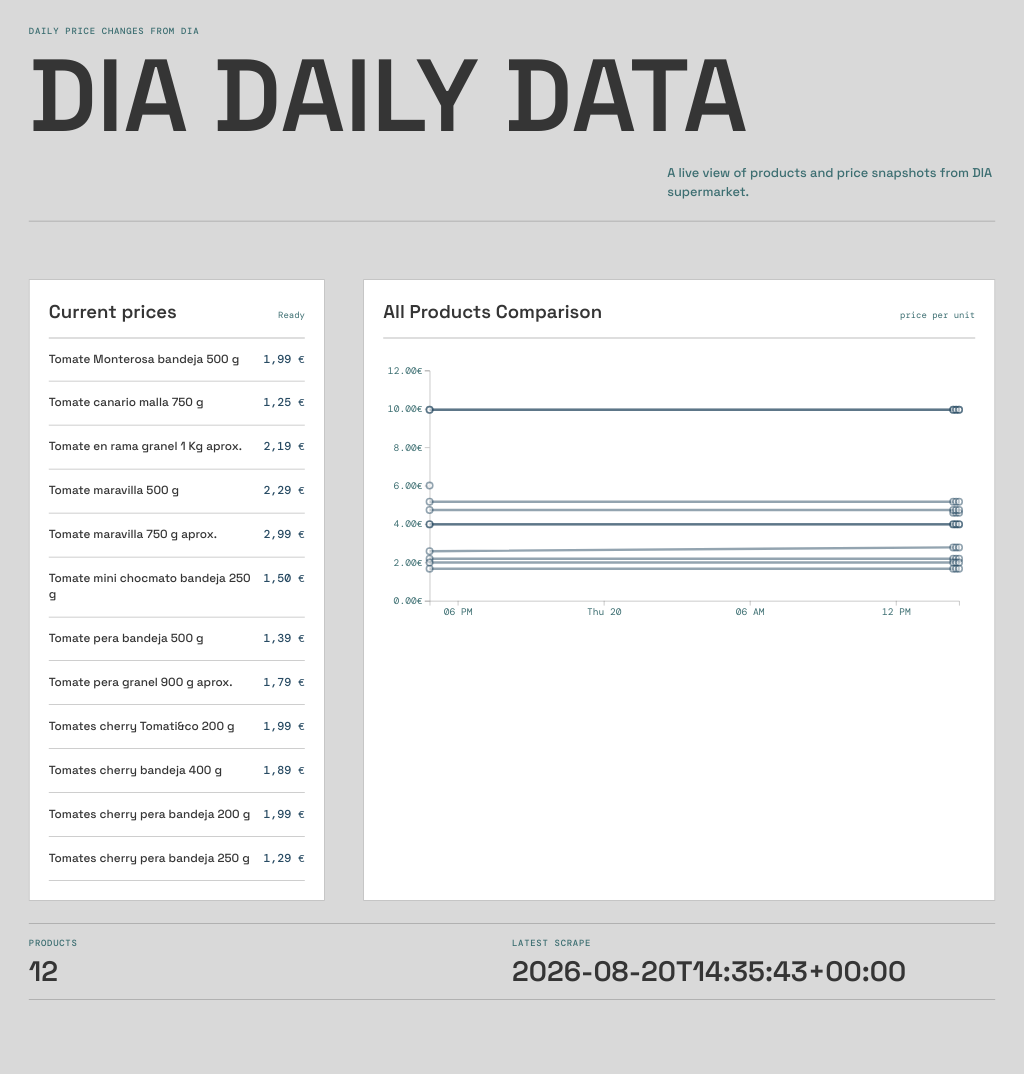
Repository: lloop/dia-daily-data
Page: http://localhost/
The author's editor kept a copy of each file at every save. The page is drawn from the files as they stood at one save, then again after the next save.
The browser window is 1280 px wide. The pictures show the whole page, at 80% of full size.
The page is served by the project's application, run on Flask 3 (app.py). Other server files are loaded and not shown. The page reads the database file committed with the project.

Above is the page before, as saved 2026-08-20 17:38:34.

### templates/index.html
<!doctype html>
<html lang="en">
<head>
  <meta charset="utf-8">
  <meta name="viewport" content="width=device-width, initial-scale=1">
  <title>Daily Price Changes From DIA</title>
  <link rel="stylesheet" href="{{ url_for('static', filename='styles.css') }}">
</head>
<body>
  <main class="dashboard">
    <header class="dashboard__header">
      <p class="eyebrow">Daily Price Changes From DIA</p>
      <h1>DIA DAILY DATA</h1>
      <p class="lede">A live view of products and price snapshots from DIA supermarket.</p>
    </header>

    <section class="content-grid">
      <div class="panel">
        <div class="panel__heading">
          <h2>Current prices</h2>
          <span id="status">Loading...</span>
        </div>
        <div id="product-list" class="product-list"></div>
      </div>

      <div class="panel panel--chart">
        <div class="panel__heading">
          <h2 id="chart-title">Price history</h2>
          <span id="chart-unit"></span>
        </div>
        <svg id="price-chart" role="img" aria-label="Selected product price history"></svg>
        <p id="empty-chart" class="empty-state">Select a product to inspect its price history.</p>
      </div>
    </section>

    <section class="summary" aria-label="Database summary">
      <div><span class="summary__label">Products</span><strong id="product-count">-</strong></div>
      <div><span class="summary__label">Latest scrape</span><strong id="latest-scrape">-</strong></div>
    </section>

  </main>

  <script src="https://cdn.jsdelivr.net/npm/d3@7"></script>
  <script src="{{ url_for('static', filename='app.js') }}"></script>
</body>
</html>

### app.py
"""Flask server for exploring scraped DIA product and price data."""

import json
import sqlite3
from pathlib import Path

from flask import Flask, jsonify, render_template

from config import DATABASE_FILE


def create_app(database_path=None):
    """Create the Flask application, optionally using a test database."""
    app = Flask(__name__)
    app.config['DATABASE_FILE'] = Path(database_path or DATABASE_FILE)

    def query_database(query, parameters=()):
        database_file = app.config['DATABASE_FILE']
        if not database_file.exists():
            return []

        with sqlite3.connect(database_file) as connection:
            connection.row_factory = sqlite3.Row
            return [dict(row) for row in connection.execute(query, parameters)]

    @app.get('/')
    def index():
        return render_template('index.html')

    @app.get('/api/products')
    def products():
        rows = query_database(
            """
            SELECT
                products.id,
                products.name,
                products.item_type,
                products.metadata_json,
                latest.price,
                latest.currency,
                latest.raw_price_per_unit,
                latest.unit_price_eur,
                latest.availability,
                latest.scraped_at
            FROM products
            LEFT JOIN price_logs AS latest
                ON latest.id = (
                    SELECT price_logs.id
                    FROM price_logs
                    WHERE price_logs.product_id = products.id
                    ORDER BY price_logs.scraped_at DESC, price_logs.id DESC
                    LIMIT 1
                )
            ORDER BY products.name
            """
        )

        for row in rows:
            row['metadata'] = json.loads(row.pop('metadata_json') or '{}')

        return jsonify(rows)

    @app.get('/api/products/<int:product_id>/price-history')
    def price_history(product_id):
        rows = query_database(
            """
            SELECT price, currency, raw_price_per_unit, unit_price_eur,
                   availability, scraped_at
            FROM price_logs
            WHERE product_id = ?
            ORDER BY scraped_at, id
            """,
            (product_id,),
        )
        return jsonify(rows)

    return app


app = create_app()


if __name__ == '__main__':
    app.run(debug=True)

### static/styles.css
@import url('https://fonts.googleapis.com/css2?family=DM+Mono:wght@400;500&family=Space+Grotesk:wght@400;500;600;700&display=swap');

:root {
  color-scheme: light;
  --font-display: 'Space Grotesk', 'Helvetica Neue', Arial, sans-serif;
  --font-mono: 'DM Mono', 'Courier New', monospace;
  --graphite: #353535;
  --stormy-teal: #3c6e71;
  --white: #ffffff;
  --alabaster-grey: #d9d9d9;
  --yale-blue: #284b63;
  --ink: var(--graphite);
  --muted: var(--stormy-teal);
  --paper: var(--alabaster-grey);
  --panel: var(--white);
  --line: rgba(53, 53, 53, 0.32);
  --accent: var(--yale-blue);
  --accent-soft: rgba(60, 110, 113, 0.12);
}

* { box-sizing: border-box; }
body { margin: 0; background: var(--paper); color: var(--ink); font-family: var(--font-display); }
.dashboard { max-width: 1440px; margin: 0 auto; padding: 32px 36px 64px; }
.dashboard__header { max-width: none; margin-bottom: 72px; padding-bottom: 24px; border-bottom: 1px solid var(--line); }
.eyebrow, .summary__label, #status, #chart-unit { font: 500 0.7rem/1.2 var(--font-mono); letter-spacing: 0.08em; text-transform: uppercase; }
.eyebrow { color: var(--stormy-teal); margin: 0 0 20px; }
h1 { max-width: 900px; font-size: clamp(3.4rem, 10vw, 9rem); line-height: 0.86; margin: 0 0 28px; font-weight: 600; letter-spacing: 0; }
.lede { max-width: 410px; color: var(--muted); font: 500 1rem/1.5 var(--font-display); margin: 0 0 0 auto; }
.summary { display: flex; gap: 0; margin-bottom: 28px; border-top: 1px solid var(--line); border-bottom: 1px solid var(--line); }
.summary > div { flex: 1; background: transparent; border: 0; border-radius: 0; padding: 18px 20px 18px 0; box-shadow: none; }
.summary__label { display: block; color: var(--muted); margin-bottom: 10px; }
.summary strong { font-size: 2.2rem; line-height: 1; font-weight: 600; }
.content-grid { display: grid; grid-template-columns: minmax(280px, 0.75fr) minmax(420px, 1.6fr); gap: 48px; margin-bottom: 28px; }
.panel { background: var(--panel); border: 1px solid var(--line); border-radius: 0; padding: 24px; min-height: 420px; box-shadow: none; }
.panel__heading { display: flex; align-items: baseline; justify-content: space-between; gap: 16px; border-bottom: 1px solid var(--line); padding-bottom: 18px; }
h2 { font-size: 1.45rem; font-weight: 600; letter-spacing: 0; margin: 0; }
#status, #chart-unit { color: var(--muted); letter-spacing: 0; text-transform: none; font-weight: 400; }
.product-list { display: grid; }
.product-button { display: flex; justify-content: space-between; gap: 16px; width: 100%; text-align: left; border: 0; border-bottom: 1px solid var(--line); background: transparent; color: inherit; padding: 17px 0; cursor: pointer; transition: background 160ms ease, padding 160ms ease; }
.product-button:hover, .product-button.is-selected { background: var(--accent-soft); padding-left: 12px; padding-right: 12px; }
.product-name { font: 500 0.92rem/1.35 var(--font-display); }
.product-price { white-space: nowrap; font: 500 0.9rem/1.35 var(--font-mono); color: var(--accent); }
#price-chart { width: 100%; height: 350px; margin-top: 20px; overflow: visible; }
.axis text { fill: var(--muted); font: 12px var(--font-mono); }
.axis path, .axis line { stroke: var(--line); }
.chart-line { fill: none; stroke: var(--accent); stroke-width: 3; }
.chart-dot { fill: var(--panel); stroke: var(--accent); stroke-width: 2; }
.empty-state { color: var(--muted); font: 400 0.95rem/1.5 var(--font-display); }
@media (max-width: 800px) { .dashboard { padding: 24px 16px 48px; } .dashboard__header { margin-bottom: 44px; } h1 { font-size: clamp(3.2rem, 17vw, 6rem); } .lede { margin-left: 0; } .content-grid { grid-template-columns: 1fr; gap: 20px; } .summary { flex-direction: column; } .summary > div { padding-right: 0; } .panel--chart { min-height: 360px; } }

### static/app.js
const state = { products: [], histories: {}, selectedId: null };

const productList = document.querySelector('#product-list');
const status = document.querySelector('#status');
const productCount = document.querySelector('#product-count');
const latestScrape = document.querySelector('#latest-scrape');
const chartTitle = document.querySelector('#chart-title');
const chartUnit = document.querySelector('#chart-unit');
const chart = d3.select('#price-chart');
const emptyChart = document.querySelector('#empty-chart');

// Color scale to give each tomato line a unique color
const colorScale = d3.scaleOrdinal(d3.schemeCategory10);

function formatPrice(value, currency = 'EUR') {
  if (value === null || value === undefined) return 'No price';
  return new Intl.NumberFormat('es-ES', { style: 'currency', currency }).format(value);
}

function renderProducts() {
  productList.replaceChildren();
  state.products.forEach(product => {
    const button = document.createElement('button');
    button.className = 'product-button';
    button.dataset.productId = product.id;
    button.innerHTML = `<span class="product-name">${product.name}</span><span class="product-price">${formatPrice(product.price, product.currency)}</span>`;

    // Hover over sidebar button to highlight corresponding line on the chart
    button.addEventListener('mouseenter', () => highlightProduct(product.id));
    button.addEventListener('mouseleave', () => resetHighlight());

    // Click button to isolate/select product title
    button.addEventListener('click', () => selectProduct(product.id));
    productList.append(button);
  });
}

function drawChart() {
  const width = chart.node().clientWidth || 600;
  const height = 350;
  const margin = { top: 20, right: 20, bottom: 42, left: 58 };

  chart.attr('viewBox', `0 0 ${width} ${height}`).selectAll('*').remove();

  // Combine all product histories into arrays for plotting
  const allSeries = state.products.map(product => {
    const rawHistory = state.histories[product.id] || [];
    return {
      product,
      values: rawHistory.map(item => ({ ...item, date: new Date(item.scraped_at) }))
    };
  }).filter(series => series.values.length > 0);

  const hasData = allSeries.length > 0;
  emptyChart.hidden = hasData;
  chartUnit.textContent = hasData ? 'price per unit' : '';
  if (!hasData) return;

  // Flatten values across all products to calculate global X and Y domains
  const allPoints = allSeries.flatMap(s => s.values);
  const x = d3.scaleTime()
    .domain(d3.extent(allPoints, d => d.date))
    .range([margin.left, width - margin.right]);

  const y = d3.scaleLinear()
    .domain([0, d3.max(allPoints, d => d.unit_price_eur) * 1.15 || 1])
    .nice()
    .range([height - margin.bottom, margin.top]);

  const line = d3.line()
    .x(d => x(d.date))
    .y(d => y(d.unit_price_eur));

  // Axes
  chart.append('g')
    .attr('class', 'axis')
    .attr('transform', `translate(0,${height - margin.bottom})`)
    .call(d3.axisBottom(x).ticks(5));

  chart.append('g')
    .attr('class', 'axis')
    .attr('transform', `translate(${margin.left},0)`)
    .call(d3.axisLeft(y).ticks(5).tickFormat(value => `${value.toFixed(2)}€`));

  // Render Overlaid Lines (50% Opacity)
  allSeries.forEach(series => {
    const lineColor = colorScale(series.product.id);

    chart.append('path')
      .datum(series.values)
      .attr('class', `chart-line line-product-${series.product.id}`)
      .attr('d', line)
      .attr('fill', 'none')
      .attr('stroke', lineColor)
      .attr('stroke-width', 2)
      .attr('opacity', 0.5);

    // Data points for hover feedback
    chart.selectAll(`.chart-dot-${series.product.id}`)
      .data(series.values)
      .join('circle')
      .attr('class', `chart-dot chart-dot-${series.product.id}`)
      .attr('r', 4)
      .attr('cx', item => x(item.date))
      .attr('cy', item => y(item.unit_price_eur))
      .attr('fill', lineColor)
      .attr('opacity', 0.5)
      .on('mouseenter', () => highlightProduct(series.product.id))
      .on('mouseleave', () => resetHighlight())
      .append('title')
      .text(item => `${series.product.name}\n${formatPrice(item.unit_price_eur)} - ${item.scraped_at}`);
  });
}

function highlightProduct(productId) {
  // Dim all lines to 15% opacity, highlight selected line at 100% opacity
  chart.selectAll('.chart-line')
    .attr('opacity', 0.15)
    .attr('stroke-width', 2);

  chart.selectAll('.chart-dot')
    .attr('opacity', 0.15);

  chart.selectAll(`.line-product-${productId}`)
    .attr('opacity', 1)
    .attr('stroke-width', 4);

  chart.selectAll(`.chart-dot-${productId}`)
    .attr('opacity', 1);
}

function resetHighlight() {
  // Restore all lines to 50% opacity
  chart.selectAll('.chart-line')
    .attr('opacity', 0.5)
    .attr('stroke-width', 2);

  chart.selectAll('.chart-dot')
    .attr('opacity', 0.5);
}

function selectProduct(productId) {
  state.selectedId = productId;
  document.querySelectorAll('.product-button').forEach(button => {
    button.classList.toggle('is-selected', Number(button.dataset.productId) === productId);
  });
  const product = state.products.find(item => item.id === productId);
  if (product) {
    chartTitle.textContent = product.name;
  }
}

async function loadProducts() {
  const response = await fetch('/api/products');
  state.products = await response.json();
  productCount.textContent = state.products.length;
  latestScrape.textContent = state.products.reduce((latest, item) => item.scraped_at > latest ? item.scraped_at : latest, '-') || '-';
  status.textContent = state.products.length ? 'Loading history...' : 'No database records';

  renderProducts();

  // Fetch price history for all products in parallel
  const historyPromises = state.products.map(product =>
    fetch(`/api/products/${product.id}/price-history`)
      .then(res => res.json())
      .then(data => { state.histories[product.id] = data; })
  );

  await Promise.all(historyPromises);

  status.textContent = state.products.length ? 'Ready' : 'No database records';
  chartTitle.textContent = 'All Products Comparison';
  drawChart();
}

loadProducts().catch(error => {
  status.textContent = 'Unable to load data';
  console.error(error);
});

### output/dia_products.sqlite3 (the tables this page reads, as SQL)
CREATE TABLE price_logs (
    id INTEGER PRIMARY KEY,
    product_id INTEGER NOT NULL,
    price REAL,
    currency TEXT,
    raw_price_per_unit TEXT,
    unit_price_eur REAL,
    availability TEXT,
    scraped_at DATETIME NOT NULL,
    FOREIGN KEY (product_id) REFERENCES products(id)
);
INSERT INTO "price_logs" VALUES
(1, 1, 1.29, 'EUR', '(2,58 €/KILO)', 2.58, 'https://schema.org/InStock', '2026-08-19T16:50:45+00:00'),
(2, 2, 2.19, 'EUR', '(2,19 €/KILO)', 2.19, 'https://schema.org/InStock', '2026-08-19T16:50:45+00:00'),
(3, 3, 1.99, 'EUR', '(9,95 €/KILO)', 9.95, 'https://schema.org/InStock', '2026-08-19T16:50:45+00:00'),
(4, 4, 1.29, 'EUR', '(5,16 €/KILO)', 5.16, 'https://schema.org/InStock', '2026-08-19T16:50:45+00:00'),
(5, 5, 1.79, 'EUR', '(1,99 €/KILO)', 1.99, 'https://schema.org/InStock', '2026-08-19T16:50:45+00:00'),
(6, 6, 1.89, 'EUR', '(4,73 €/KILO)', 4.73, 'https://schema.org/InStock', '2026-08-19T16:50:45+00:00'),
(7, 7, 1.99, 'EUR', '(3,98 €/KILO)', 3.98, 'https://schema.org/InStock', '2026-08-19T16:50:45+00:00'),
(8, 8, 1.25, 'EUR', '(1,67 €/KILO)', 1.67, 'https://schema.org/InStock', '2026-08-19T16:50:45+00:00'),
(9, 9, 2.99, 'EUR', '(3,99 €/KILO)', 3.99, 'https://schema.org/OutOfStock', '2026-08-19T16:50:45+00:00'),
(10, 10, 1.5, 'EUR', '(6,00 €/KILO)', 6.0, 'https://schema.org/InStock', '2026-08-19T16:50:45+00:00'),
(11, 11, 1.99, 'EUR', '(9,95 €/KILO)', 9.95, 'https://schema.org/InStock', '2026-08-19T16:50:45+00:00'),
(12, 1, 1.39, 'EUR', '(2,78 €/KILO)', 2.78, 'https://schema.org/InStock', '2026-08-20T14:21:22+00:00'),
(13, 2, 2.19, 'EUR', '(2,19 €/KILO)', 2.19, 'https://schema.org/InStock', '2026-08-20T14:21:22+00:00'),
(14, 3, 1.99, 'EUR', '(9,95 €/KILO)', 9.95, 'https://schema.org/InStock', '2026-08-20T14:21:22+00:00'),
(15, 4, 1.29, 'EUR', '(5,16 €/KILO)', 5.16, 'https://schema.org/InStock', '2026-08-20T14:21:22+00:00'),
(16, 5, 1.79, 'EUR', '(1,99 €/KILO)', 1.99, 'https://schema.org/InStock', '2026-08-20T14:21:22+00:00'),
(17, 6, 1.89, 'EUR', '(4,73 €/KILO)', 4.73, 'https://schema.org/InStock', '2026-08-20T14:21:22+00:00'),
(18, 7, 1.99, 'EUR', '(3,98 €/KILO)', 3.98, 'https://schema.org/InStock', '2026-08-20T14:21:22+00:00'),
(19, 8, 1.25, 'EUR', '(1,67 €/KILO)', 1.67, 'https://schema.org/InStock', '2026-08-20T14:21:22+00:00'),
(20, 9, 2.99, 'EUR', '(3,99 €/KILO)', 3.99, 'https://schema.org/OutOfStock', '2026-08-20T14:21:22+00:00'),
(21, 11, 1.99, 'EUR', '(9,95 €/KILO)', 9.95, 'https://schema.org/InStock', '2026-08-20T14:21:22+00:00'),
(22, 12, 2.29, 'EUR', '(4,58 €/KILO)', 4.58, 'https://schema.org/InStock', '2026-08-20T14:21:22+00:00'),
(23, 1, 1.39, 'EUR', '(2,78 €/KILO)', 2.78, 'https://schema.org/InStock', '2026-08-20T14:28:25+00:00'),
(24, 2, 2.19, 'EUR', '(2,19 €/KILO)', 2.19, 'https://schema.org/InStock', '2026-08-20T14:28:25+00:00'),
(25, 3, 1.99, 'EUR', '(9,95 €/KILO)', 9.95, 'https://schema.org/InStock', '2026-08-20T14:28:25+00:00'),
(26, 4, 1.29, 'EUR', '(5,16 €/KILO)', 5.16, 'https://schema.org/InStock', '2026-08-20T14:28:25+00:00'),
(27, 5, 1.79, 'EUR', '(1,99 €/KILO)', 1.99, 'https://schema.org/InStock', '2026-08-20T14:28:25+00:00'),
(28, 6, 1.89, 'EUR', '(4,73 €/KILO)', 4.73, 'https://schema.org/InStock', '2026-08-20T14:28:25+00:00'),
(29, 7, 1.99, 'EUR', '(3,98 €/KILO)', 3.98, 'https://schema.org/InStock', '2026-08-20T14:28:25+00:00'),
(30, 8, 1.25, 'EUR', '(1,67 €/KILO)', 1.67, 'https://schema.org/InStock', '2026-08-20T14:28:25+00:00'),
(31, 9, 2.99, 'EUR', '(3,99 €/KILO)', 3.99, 'https://schema.org/OutOfStock', '2026-08-20T14:28:25+00:00'),
(32, 11, 1.99, 'EUR', '(9,95 €/KILO)', 9.95, 'https://schema.org/InStock', '2026-08-20T14:28:25+00:00'),
(33, 12, 2.29, 'EUR', '(4,58 €/KILO)', 4.58, 'https://schema.org/InStock', '2026-08-20T14:28:25+00:00'),
(34, 1, 1.39, 'EUR', '(2,78 €/KILO)', 2.78, 'https://schema.org/InStock', '2026-08-20T14:35:43+00:00'),
(35, 2, 2.19, 'EUR', '(2,19 €/KILO)', 2.19, 'https://schema.org/InStock', '2026-08-20T14:35:43+00:00'),
(36, 3, 1.99, 'EUR', '(9,95 €/KILO)', 9.95, 'https://schema.org/InStock', '2026-08-20T14:35:43+00:00'),
(37, 4, 1.29, 'EUR', '(5,16 €/KILO)', 5.16, 'https://schema.org/InStock', '2026-08-20T14:35:43+00:00'),
(38, 5, 1.79, 'EUR', '(1,99 €/KILO)', 1.99, 'https://schema.org/InStock', '2026-08-20T14:35:43+00:00'),
(39, 6, 1.89, 'EUR', '(4,73 €/KILO)', 4.73, 'https://schema.org/InStock', '2026-08-20T14:35:43+00:00'),
(40, 7, 1.99, 'EUR', '(3,98 €/KILO)', 3.98, 'https://schema.org/InStock', '2026-08-20T14:35:43+00:00'),
(41, 8, 1.25, 'EUR', '(1,67 €/KILO)', 1.67, 'https://schema.org/InStock', '2026-08-20T14:35:43+00:00'),
(42, 9, 2.99, 'EUR', '(3,99 €/KILO)', 3.99, 'https://schema.org/OutOfStock', '2026-08-20T14:35:43+00:00'),
(43, 11, 1.99, 'EUR', '(9,95 €/KILO)', 9.95, 'https://schema.org/InStock', '2026-08-20T14:35:43+00:00'),
(44, 12, 2.29, 'EUR', '(4,58 €/KILO)', 4.58, 'https://schema.org/InStock', '2026-08-20T14:35:43+00:00');

CREATE TABLE products (
    id INTEGER PRIMARY KEY,
    name TEXT UNIQUE NOT NULL,
    item_type TEXT,
    metadata_json TEXT NOT NULL
);
INSERT INTO "products" VALUES
(1, 'Tomate pera bandeja 500 g', 'Product', '{"type": "Product", "info_labels": ["Calibre: + 57MM-75MM", "Categoria: I", "Variedad: PERA", "Origen: PORTUGAL", "Tipo de producto: Tomates"]}'),
(2, 'Tomate en rama granel 1 Kg aprox.', 'Product', '{"type": "Product", "info_labels": ["Calibre: 57 + MM", "Categoria: I", "Variedad: RAMA", "Origen: VER ENVASE", "Tipo de producto: Tomates"]}'),
(3, 'Tomates cherry Tomati&co 200 g', 'Product', '{"type": "Product", "info_labels": ["Calibre: 18-35MM", "Categoria: I", "Variedad: VITALION", "Origen: ESPAÑA", "Tipo de producto: Tomates"]}'),
(4, 'Tomates cherry pera bandeja 250 g', 'Product', '{"type": "Product", "info_labels": ["Calibre: 17-35 MM", "Categoria: I", "Variedad: CHERRY PERA, ANGELLE", "Origen: ESPAÑA", "Tipo de producto: Tomates"]}'),
(5, 'Tomate pera granel 900 g aprox.', 'Product', '{"type": "Product", "info_labels": ["Calibre: 47-66MM", "Categoria: I", "Variedad: PERA", "Origen: PORTUGAL", "Tipo de producto: Tomates"]}'),
(6, 'Tomates cherry bandeja 400 g', 'Product', '{"type": "Product", "info_labels": ["Calibre: 18 MM - 32 MM", "Categoria: I", "Variedad: CHERRY REDONDO, KARELYA", "Origen: ESPAÑA", "Tipo de producto: Tomates"]}'),
(7, 'Tomate Monterosa bandeja 500 g', 'Product', '{"type": "Product", "info_labels": ["Calibre: +67MM-", "Categoria: I", "Variedad: MONTEROSA", "Origen: VER ENVASE", "Tipo de producto: Tomates"]}'),
(8, 'Tomate canario malla 750 g', 'Product', '{"type": "Product", "info_labels": ["Calibre: 47MM-66MM", "Categoria: I", "Variedad: -", "Origen: PORTUGAL", "Tipo de producto: Tomates"]}'),
(9, 'Tomate maravilla 750 g aprox.', 'Product', '{"type": "Product", "info_labels": ["Calibre: + 67MM", "Categoria: I", "Variedad: MARAVILLA", "Origen: ESPAÑA", "Tipo de producto: Tomates"]}'),
(10, 'Tomate mini chocmato bandeja 250 g', 'Product', '{"type": "Product", "info_labels": ["Calibre: 17-35MM", "Categoria: I", "Variedad: MINI CHOCMATO", "Origen: ESPAÑA", "Tipo de producto: Tomates"]}'),
(11, 'Tomates cherry pera bandeja 200 g', 'Product', '{"type": "Product", "info_labels": ["Calibre: 20-35 MM", "Categoria: I", "Variedad: CHERRY PERA LOBELLO", "Origen: ESPAÑA", "Tipo de producto: Tomates"]}'),
(12, 'Tomate maravilla 500 g', 'Product', '{"type": "Product", "info_labels": ["Calibre: 57 MM", "Categoria: I", "Variedad: MARAVILLA", "Origen: ESPAÑA", "Tipo de producto: Tomates"]}');

After the next save:
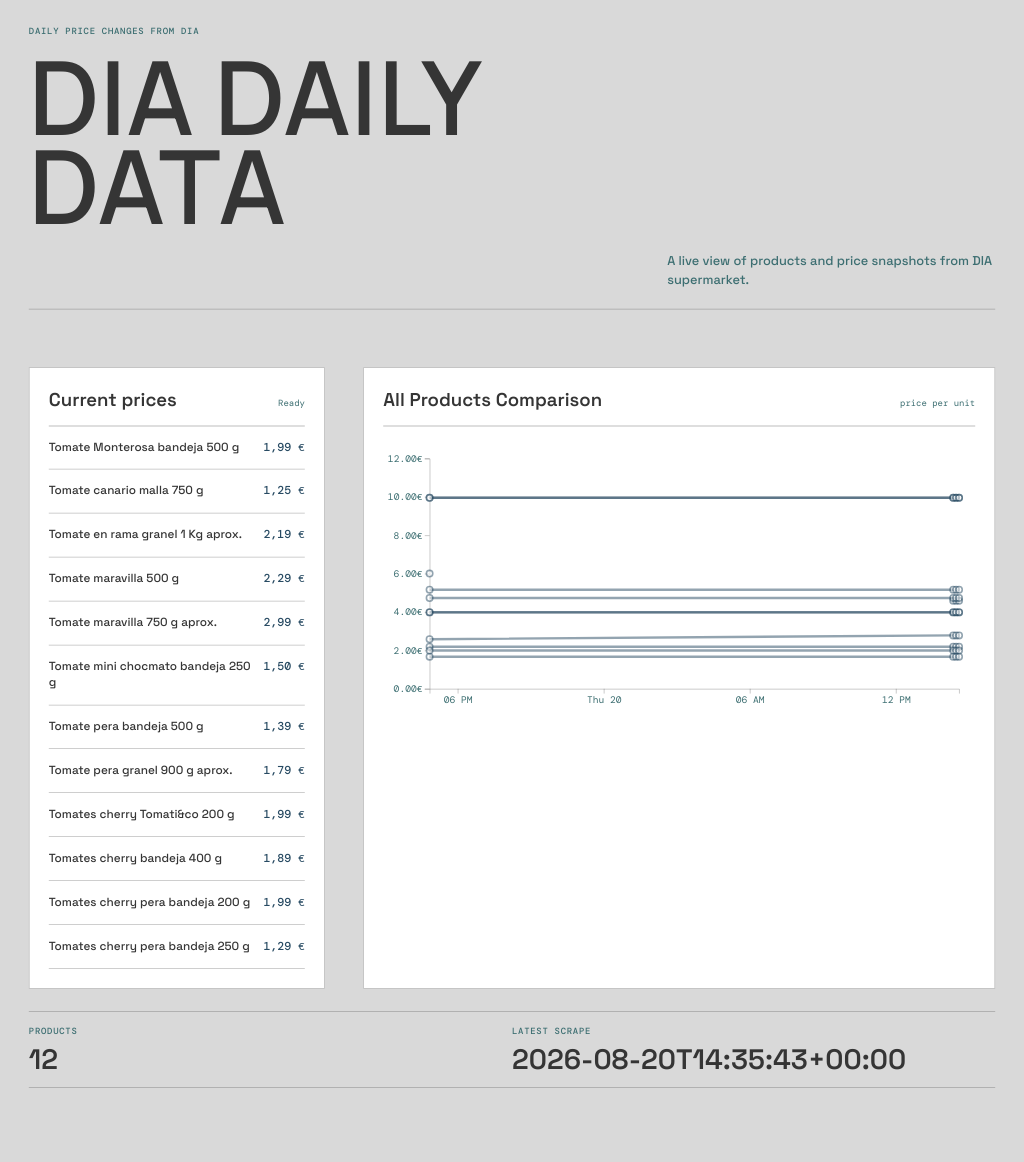
Saved 31 s later.
--- a/static/styles.css
+++ b/static/styles.css
@@ -1,8 +1,9 @@
-@import url('https://fonts.googleapis.com/css2?family=DM+Mono:wght@400;500&family=Space+Grotesk:wght@400;500;600;700&display=swap');
+@import url('https://fonts.googleapis.com/css2?family=DM+Mono:wght@400;500&family=Manrope:wght@400;500;600;700&family=Space+Grotesk:wght@400;500;600;700&display=swap');
 
 :root {
   color-scheme: light;
   --font-display: 'Space Grotesk', 'Helvetica Neue', Arial, sans-serif;
+  --font-heading: 'Manrope', 'Helvetica Neue', Arial, sans-serif;
   --font-mono: 'DM Mono', 'Courier New', monospace;
   --graphite: #353535;
   --stormy-teal: #3c6e71;
@@ -24,7 +25,7 @@
 .dashboard__header { max-width: none; margin-bottom: 72px; padding-bottom: 24px; border-bottom: 1px solid var(--line); }
 .eyebrow, .summary__label, #status, #chart-unit { font: 500 0.7rem/1.2 var(--font-mono); letter-spacing: 0.08em; text-transform: uppercase; }
 .eyebrow { color: var(--stormy-teal); margin: 0 0 20px; }
-h1 { max-width: 900px; font-size: clamp(3.4rem, 10vw, 9rem); line-height: 0.86; margin: 0 0 28px; font-weight: 600; letter-spacing: 0; }
+h1 { max-width: 900px; font-family: var(--font-heading); font-size: clamp(3.4rem, 10vw, 9rem); line-height: 0.86; margin: 0 0 28px; font-weight: 600; letter-spacing: 0; }
 .lede { max-width: 410px; color: var(--muted); font: 500 1rem/1.5 var(--font-display); margin: 0 0 0 auto; }
 .summary { display: flex; gap: 0; margin-bottom: 28px; border-top: 1px solid var(--line); border-bottom: 1px solid var(--line); }
 .summary > div { flex: 1; background: transparent; border: 0; border-radius: 0; padding: 18px 20px 18px 0; box-shadow: none; }
